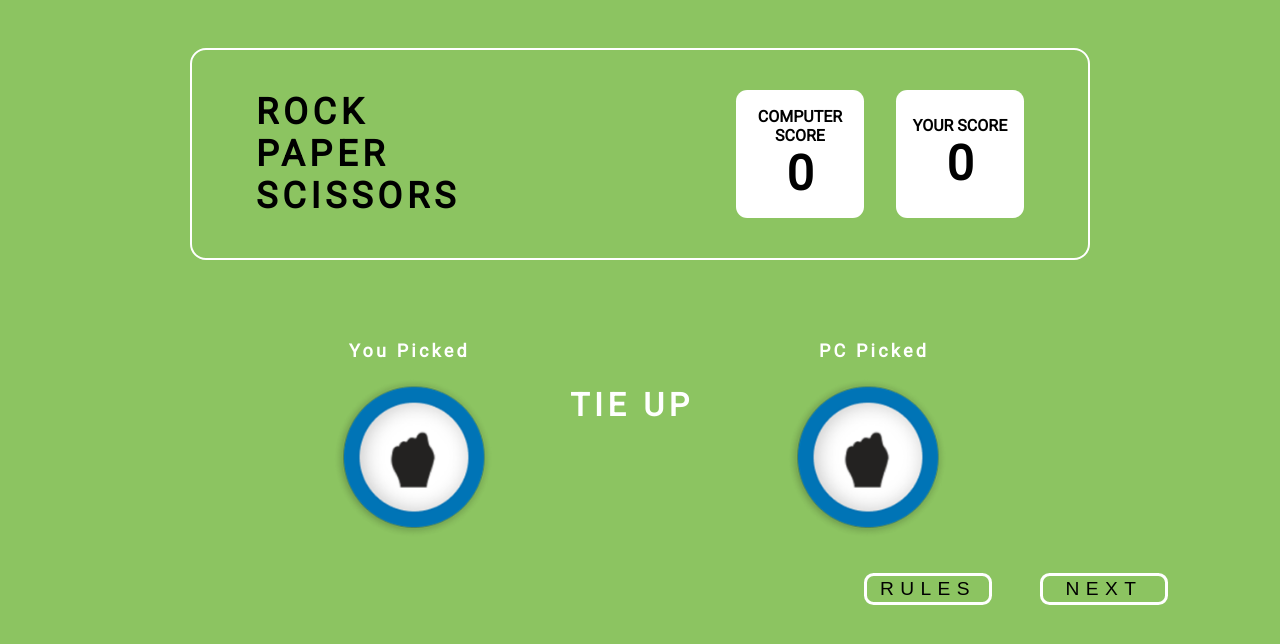
Repository: drumsmanku/Major-module-project-1
Page: index.html
The author's editor kept a copy of each file at every save. The page is drawn from the files as they stood at one save, then again after the next save.
The browser window is 1280 px wide. The pictures show the whole page.
After loading, the first visible `#rock` was clicked once.

Above is the page before, as saved 2023-04-30 22:08:29.

After the next save:
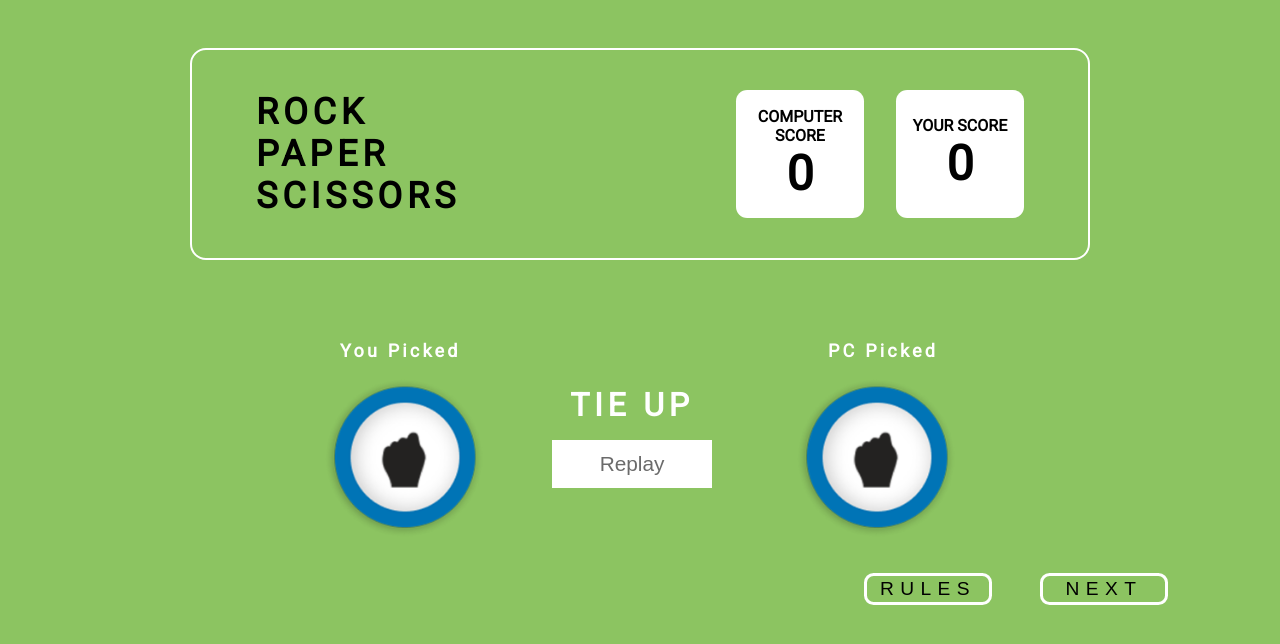
Saved 70 s later.
--- a/script.js
+++ b/script.js
@@ -52,18 +52,21 @@ function choose(choice) {
       rockCompBtn.classList.remove('display-none');
       document.getElementById('you-win').innerHTML="TIE UP";
       youWon.classList.remove('display-none');
-      againBtn.innerText="Replay"
+      againBtn.innerText="Replay";
+      againBtn.classList.remove('display-none');
     }
     else if(res==="scissor"){
       scissorCompBtn.classList.remove('display-none');
       youWon.classList.remove('display-none');
       aginstPC.classList.remove('display-none');
+      againBtn.classList.remove('display-none');
     }
     else{
       paperCompBtn.classList.remove('display-none');
       document.getElementById('you-win').innerHTML="YOU LOST";
       youWon.classList.remove('display-none');
       aginstPC.classList.remove('display-none');
+      againBtn.classList.remove('display-none');
     }
   } else if (choice === "paper") {
     rockBtn.style.display = "none";
